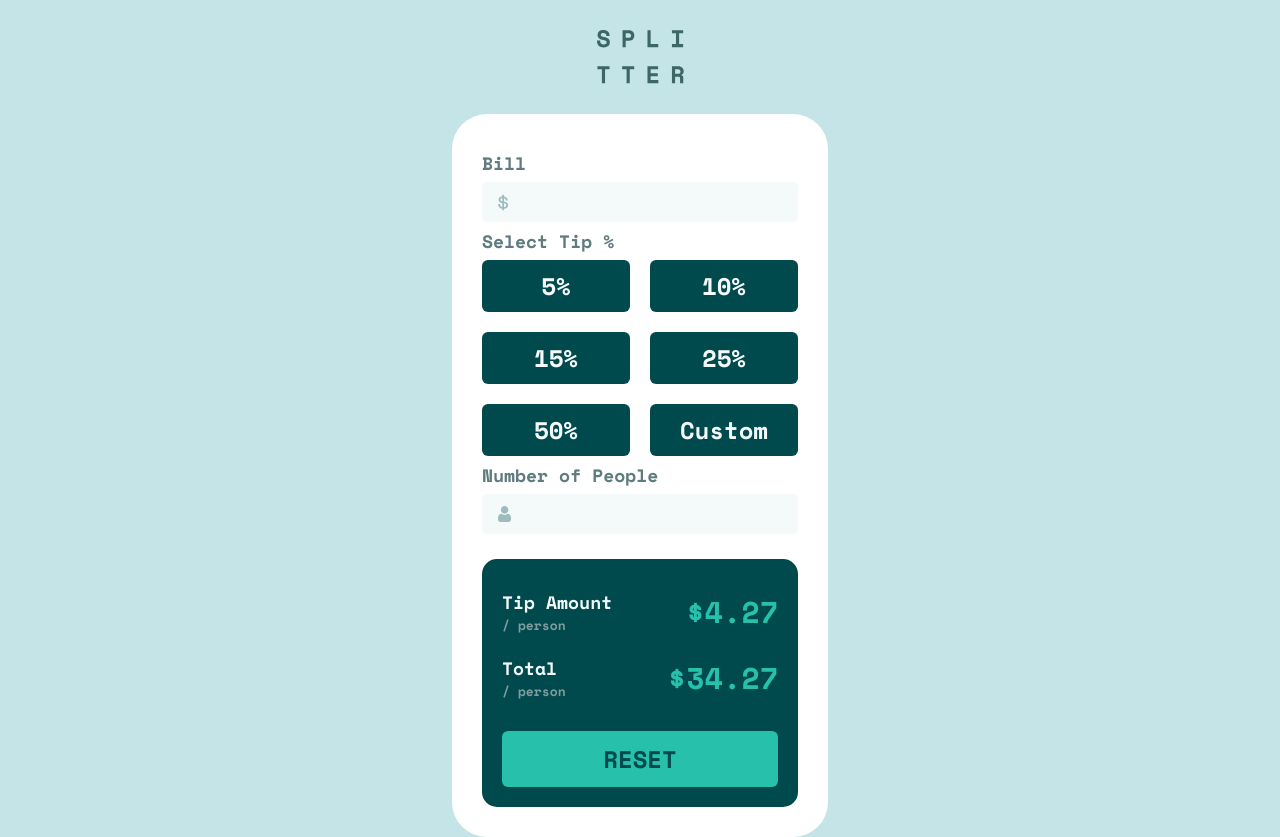
Repository: tomas938/tipcalculator
Page: /
An editor plug-in stored every save of this project. The page is shown before and after the next save, followed by the edit.
The browser window is 1280 px wide. The pictures show the whole page.
The project was rebuilt for these pictures with package versions that can differ from the ones it lists, and the page was loaded fresh each time.

Above is the page before, as saved 2021-08-04 11:01:08.

### public/index.html
<!DOCTYPE html>
<html lang="">
	<head>
		<meta charset="utf-8" />
		<meta http-equiv="X-UA-Compatible" content="IE=edge" />
		<meta name="viewport" content="width=device-width,initial-scale=1.0" />
		<link rel="icon" href="<%= BASE_URL %>favicon.ico" />
		<link
			href="https://fonts.googleapis.com/icon?family=Material+Icons"
			rel="stylesheet"
		/>
		<title><%= htmlWebpackPlugin.options.title %></title>
	</head>
	<body>
		<noscript>
			<strong
				>We're sorry but <%= htmlWebpackPlugin.options.title %> doesn't work
				properly without JavaScript enabled. Please enable it to
				continue.</strong
			>
		</noscript>
		<div id="app"></div>
		<!-- built files will be auto injected -->
	</body>
</html>

### src/App.vue
<template>
	<router-view />
</template>

<style lang="scss">
@import url("https://fonts.googleapis.com/css2?family=Space+Mono:wght@400;700&display=swap");
$strong-cyan: hsl(172, 67%, 45%);
$dark-cyan: hsl(186, 14%, 43%);
$grayish-cyan: hsl(184, 14%, 43%);
$lower-grayish-cyan: hsl(184, 14%, 56%);
$light-grayish-cyan: hsl(185, 41%, 84%);
$lighter-grayish-cyan: hsl(189, 41%, 97%);
$white: hsl(0, 0%, 100%);
* {
	margin: 0;
	padding: 0;
	box-sizing: border-box;
	font-family: "Space Mono", monospace;
	font-size: 2.4rem;
}
body {
	background-color: hsl(185, 41%, 84%);
}
html {
	font-size: 62.5%;
	@media only screen and (max-width: 760px) {
		font-size: 42.5%;
	}
}
</style>

### src/views/Home.vue
<template>
	<div class="logo">
		<splitter></splitter>
	</div>
</template>

<script>
import Splitter from "../components/Splitter.vue";
export default {
	name: "Home",
	components: {
		Splitter,
	},
};
</script>
<style lang="scss" scoped></style>

### src/components/Splitter.vue
<template>
	<div class="splitter">
		<svg xmlns="http://www.w3.org/2000/svg" width="87" height="54">
			<path
				fill="#3D6666"
				d="M6.72 17.472c.944 0 1.792-.12 2.544-.36s1.392-.584 1.92-1.032a4.476 4.476 0 001.212-1.62c.28-.632.42-1.34.42-2.124v-.288c0-1.472-.464-2.584-1.392-3.336-.928-.752-2.272-1.288-4.032-1.608a14.615 14.615 0 01-1.74-.408c-.456-.144-.824-.308-1.104-.492-.28-.184-.476-.392-.588-.624a1.771 1.771 0 01-.168-.78c0-.56.232-1.004.696-1.332.464-.328 1.096-.492 1.896-.492.944 0 1.676.248 2.196.744.52.496.78 1.08.78 1.752v.576h3.168v-.864a5 5 0 00-.396-1.968 4.762 4.762 0 00-1.176-1.656C10.436 1.08 9.792.7 9.024.42 8.256.14 7.376 0 6.384 0c-.88 0-1.676.12-2.388.36s-1.32.576-1.824 1.008c-.504.432-.896.94-1.176 1.524-.28.584-.42 1.22-.42 1.908v.144c0 .832.144 1.536.432 2.112a3.978 3.978 0 001.212 1.44c.52.384 1.132.692 1.836.924.704.232 1.48.42 2.328.564.64.112 1.168.248 1.584.408.416.16.744.34.984.54s.408.424.504.672c.096.248.144.508.144.78 0 .576-.232 1.072-.696 1.488-.464.416-1.176.624-2.136.624-1.232 0-2.14-.3-2.724-.9-.584-.6-.876-1.404-.876-2.412v-.576H0v.72c0 .88.144 1.692.432 2.436a5.47 5.47 0 001.272 1.944c.56.552 1.26.984 2.1 1.296.84.312 1.812.468 2.916.468zm22-.336V10.8h3.408c.864 0 1.616-.144 2.256-.432a4.707 4.707 0 001.596-1.14 4.833 4.833 0 00.96-1.608c.216-.6.324-1.212.324-1.836v-.576c0-.608-.108-1.204-.324-1.788a4.625 4.625 0 00-.96-1.56A4.737 4.737 0 0034.384.756c-.64-.28-1.392-.42-2.256-.42h-6.576v16.8h3.168zm3.096-9.36H28.72V3.36h3.096c.704 0 1.26.192 1.668.576.408.384.612.88.612 1.488v.288c0 .608-.204 1.104-.612 1.488-.408.384-.964.576-1.668.576zm29.464 9.36v-3.024h-7.632V.336H50.48v16.8h10.8zm24.88 0v-3.024h-4.032V3.36h4.032V.336H74.928V3.36h4.032v10.752h-4.032v3.024H86.16zm-78.096 36V39.36h4.464v-3.024H.432v3.024h4.464v13.776h3.168zm24.688 0V39.36h4.464v-3.024H25.12v3.024h4.464v13.776h3.168zm28.624 0v-3.024h-7.728v-3.888H60.8V43.2h-7.152v-3.84h7.44v-3.024H50.48v16.8h10.896zm16.744 0V46.8h3.648c.464 0 .796.12.996.36.2.24.3.552.3.936v5.04h3.168v-5.808c0-.56-.164-1.024-.492-1.392-.328-.368-.772-.584-1.332-.648v-.432c.768-.32 1.336-.78 1.704-1.38a3.63 3.63 0 00.552-1.932v-.576c0-.64-.116-1.24-.348-1.8a4.332 4.332 0 00-1.008-1.476c-.44-.424-.988-.756-1.644-.996-.656-.24-1.416-.36-2.28-.36h-6.432v16.8h3.168zm3.024-9.36H78.12V39.36h3.024c.768 0 1.352.204 1.752.612.4.408.6.892.6 1.452v.288c0 .656-.2 1.164-.6 1.524-.4.36-.984.54-1.752.54z"
			/>
		</svg>
		<div class="calculator">
			<h3>Bill</h3>
			<div class="input-wrapper">
				<input type="text" />
				<svg xmlns="http://www.w3.org/2000/svg" width="11" height="17">
					<path
						fill="#9EBBBD"
						d="M6.016 16.328v-1.464c1.232-.08 2.22-.444 2.964-1.092.744-.648 1.116-1.508 1.116-2.58v-.144c0-.992-.348-1.772-1.044-2.34-.696-.568-1.708-.932-3.036-1.092V4.184c.56.144 1.012.4 1.356.768.344.368.516.816.516 1.344v.288h1.824v-.432c0-.448-.088-.876-.264-1.284a3.783 3.783 0 00-.744-1.116A4.251 4.251 0 007.54 2.9a5.324 5.324 0 00-1.524-.492V.872H4.288V2.36a5.532 5.532 0 00-1.416.324c-.448.168-.84.392-1.176.672-.336.28-.604.616-.804 1.008-.2.392-.3.844-.3 1.356v.144c0 .96.316 1.708.948 2.244.632.536 1.548.884 2.748 1.044v3.912c-.704-.16-1.248-.472-1.632-.936-.384-.464-.576-1.08-.576-1.848v-.288H.256v.576c0 .464.08.924.24 1.38.16.456.404.88.732 1.272.328.392.744.728 1.248 1.008s1.108.476 1.812.588v1.512h1.728zM4.288 7.424c-.688-.128-1.164-.332-1.428-.612-.264-.28-.396-.644-.396-1.092 0-.464.176-.832.528-1.104.352-.272.784-.448 1.296-.528v3.336zm1.728 5.712V9.344c.768.128 1.328.328 1.68.6.352.272.528.688.528 1.248 0 .544-.196.984-.588 1.32-.392.336-.932.544-1.62.624z"
					/>
				</svg>
			</div>
			<h3>Select Tip %</h3>
			<div class="calculator__grid">
				<div class="calculator__grid__item item-1"><p>5%</p></div>
				<div class="calculator__grid__item item-2"><p>10%</p></div>
				<div class="calculator__grid__item item-3"><p>15%</p></div>
				<div class="calculator__grid__item item-4"><p>25%</p></div>
				<div class="calculator__grid__item item-5"><p>50%</p></div>
				<div class="calculator__grid__item item-6"><p>Custom</p></div>
			</div>
			<h3>Number of People</h3>
			<div class="input-wrapper">
				<input type="text" />
				<svg xmlns="http://www.w3.org/2000/svg" width="13" height="16">
					<path
						fill="#9EBBBD"
						d="M9.573 7.729c.406 0 .784.07 1.126.209.342.14.639.33.881.569.232.227.438.503.614.82a5.1 5.1 0 01.407.949c.097.312.178.654.242 1.016.062.359.105.699.126 1.011.02.307.031.624.031.945 0 .836-.259 1.512-.768 2.01-.504.492-1.17.742-1.98.742H2.748c-.81 0-1.477-.25-1.98-.742C.259 14.76 0 14.084 0 13.248c0-.322.01-.64.032-.945.02-.312.063-.652.126-1.01.063-.363.144-.705.242-1.017.1-.323.238-.643.407-.948.176-.318.382-.594.613-.821.243-.238.54-.43.882-.57.342-.138.72-.208 1.125-.208.16 0 .313.067.61.265.183.123.397.264.636.421.204.134.48.259.822.372.333.11.671.167 1.005.167a3.19 3.19 0 001.006-.167c.341-.113.618-.238.822-.372l.636-.42c.296-.2.45-.266.61-.266zM6.598 0C7.63 0 8.522.38 9.252 1.129s1.1 1.666 1.1 2.724c0 1.06-.37 1.976-1.1 2.725-.73.75-1.623 1.13-2.654 1.13-1.03 0-1.924-.38-2.653-1.13-.73-.749-1.1-1.666-1.1-2.725 0-1.058.37-1.975 1.1-2.724C4.675.379 5.567 0 6.598 0z"
					/>
				</svg>
			</div>
			<div class="calculator__result">
				<div class="result">
					<div class="information">
						<p>Tip Amount</p>
						<span>/ person</span>
					</div>
					<div class="price">
						<p>$4.27</p>
					</div>
				</div>
				<div class="result">
					<div class="information">
						<p>Total</p>
						<span>/ person</span>
					</div>
					<div class="price">
						<p>$34.27</p>
					</div>
				</div>
				<div class="result"></div>
				<button>Reset</button>
			</div>
		</div>
	</div>
</template>

<script>
export default {};
</script>

<style lang="scss" scoped>
.splitter {
	display: flex;
	flex-direction: column;
	align-items: center;
}
.calculator {
	background-color: hsl(0, 0%, 100%);
	padding: 3rem;
	border-radius: 3.5rem;
	&__grid {
		display: grid;
		grid-gap: 2rem;
		grid-template-columns: repeat(2, 1fr);
		grid-template-rows: repeat(3, 1fr);
		color: hsl(189, 41%, 97%);
		font-weight: 700;
		text-align: center;
		cursor: pointer;
	}
	&__grid__item {
		width: 100%;
		margin: auto;
		padding: 8px 0;
		border-radius: 6px;
		background-color: hsl(183, 100%, 15%);
		&:hover {
			transition: all 0.3s ease-in-out;
			background-color: hsl(172, 67%, 45%);
			color: hsl(183, 100%, 15%);
		}
	}
	&__result {
		margin-top: 2.5rem;
		display: flex;
		flex-direction: column;
		border-radius: 1.5rem;
		padding: 2rem;
		background-color: hsl(183, 100%, 15%);
		font-weight: 700;
		.result {
			display: flex;
			justify-content: space-between;
			padding: 10px 0;
			p {
				font-size: 1.8rem;
				color: hsl(189, 41%, 97%);
			}
			span {
				font-size: 1.3rem;
				color: hsl(184, 14%, 56%);
			}
		}
		.information {
			display: flex;
			flex-direction: column;
		}
		.price {
			p {
				color: hsl(172, 67%, 45%);
				font-size: 3rem;
			}
		}
		button {
			border-radius: 6px;
			padding: 1rem 0;
			font-weight: 700;
			color: hsl(183, 100%, 15%);
			text-transform: uppercase;
			background-color: hsl(172, 67%, 45%);
			cursor: pointer;
			outline: none;
			border: none;
		}
		button:hover,
		button:active {
			transition: 0.3s ease-in-out;
			background-color: hsl(185, 41%, 84%);
		}
	}
}
svg {
	margin: 3rem 0;
}
input {
	border-radius: 5px;
	border: 2px solid transparent;
	outline: none;
	background-color: hsl(189, 41%, 97%);
	color: hsl(183, 100%, 15%);
	font-weight: 700;
	text-align: right;
	padding-right: 1rem;
	&:focus,
	&:active {
		border: 2px solid hsl(172, 67%, 45%);
	}
	&::placeholder {
		color: hsl(184, 14%, 56%);
	}
}
h3 {
	margin: 6px 0;
	font-size: 1.8rem;
	color: hsl(184, 14%, 43%);
	font-weight: 700;
}
.input-wrapper {
	position: relative;
	display: flex;
	align-items: center;

	svg {
		width: 2rem;
		margin: 0;
		position: absolute;
		left: 5%;
	}
}
</style>

Loaded but not shown: src/main.js (common file); src/router/index.js (common file)

After the next save:
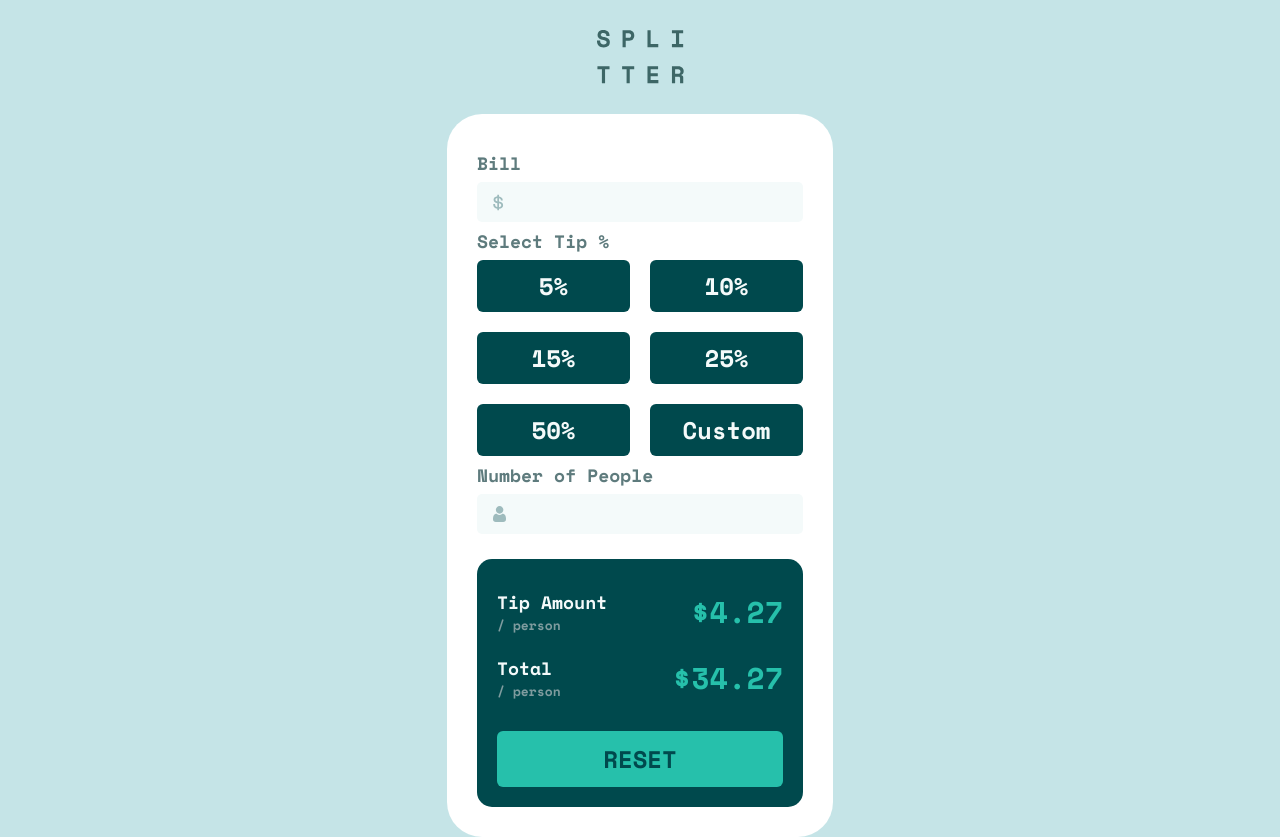
Saved 40 s later.
--- a/src/components/Splitter.vue
+++ b/src/components/Splitter.vue
@@ -158,7 +158,7 @@ input {
 	color: hsl(183, 100%, 15%);
 	font-weight: 700;
 	text-align: right;
-	padding-right: 1rem;
+	padding-right: 2rem;
 	&:focus,
 	&:active {
 		border: 2px solid hsl(172, 67%, 45%);
